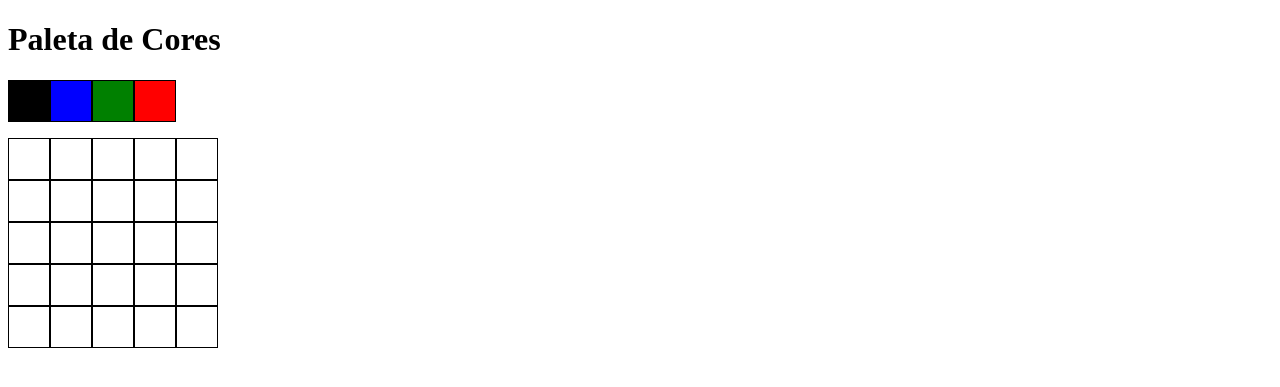
Repository: MuriloColleti/project-Pixer-Art
Page: index.html
An editor plug-in stored every save of this project. The page is shown before and after the next save, followed by the edit.
The browser window is 1280 px wide. The pictures show the whole page.

Above is the page before, as saved 2024-02-06 14:19:15.

### index.html
<!DOCTYPE html>
<html lang="en">
<head>
    <meta charset="UTF-8">
    <meta name="viewport" content="width=device-width, initial-scale=1.0">
    <link rel="stylesheet" href="style.css">
    <title>Paleta de Cores</title>
</head>

<body>
    <header> <h1 id="title"> Paleta de Cores </h1> </header>

<div class="pallet-container">
    <div class="square black color"></div>
    <div class="square blue color"></div>
    <div class="square green color"></div>
    <div class="square red color"></div>
</div>
    <main id="pixel-board"></main>

</body>

<script src="script.js"></script>

</html>

### style.css
.black{
    background-color: black;
}

.blue{
    background-color: blue;
}

.red{
    background-color: red;
}

.green{
    background-color: green;
}

.square{
    width: 40px;
    height: 40px;
    border: 1px solid black;
}

.pallet-container{
    display: flex;
    margin-bottom: 1rem;
}

.pixel{
    width: 40px;
    height: 40px;
    border: 1px solid black;
    display: flex;
}

#pixel-board{

    display: flex;
    flex-direction: column;
    justify-content: center;

}

.line{
    display: flex;
}

### script.js
var pixeltable = document.getElementById('pixel-board');

for(linha = 0; linha < 5; linha += 1){

    var newLine = document.createElement('div')
    newLine.classList.add('line')
    pixeltable.appendChild(newLine);

    for(pixel = 0; pixel < 5; pixel += 1){
    var newPixel = document.createElement('div')
    newPixel.classList.add('pixel')
    newPixel.addEventListener('click', paintpixel);
    newLine.appendChild(newPixel)
    }
}

function paintpixel(){
    this.style.backgroundColor = 'white';
}

After the next save:
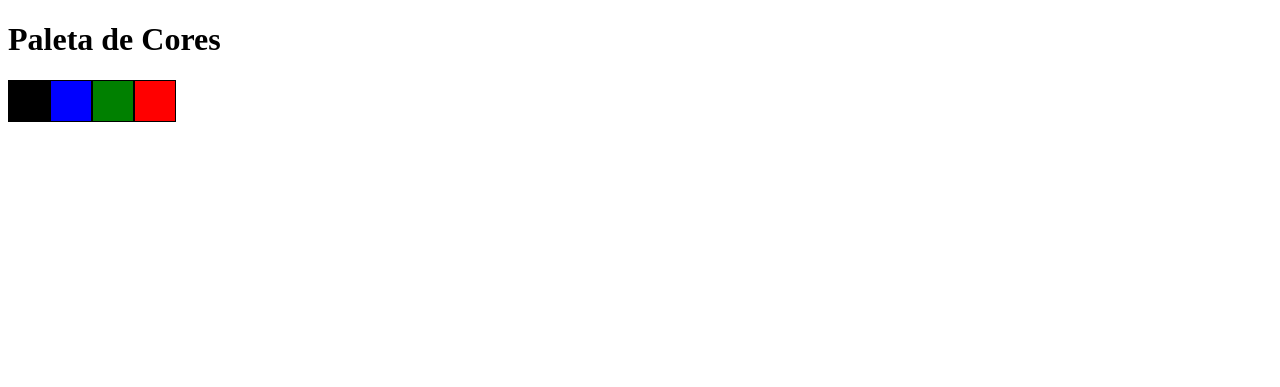
Console error: SyntaxError: Unexpected token ';'
Saved 7 min 15 s later.
--- a/script.js
+++ b/script.js
@@ -14,6 +14,14 @@
     }
 }
 
+const currentColor = 'black';
+
+colorPalette.addEventListener('click', function(event){
+    if (event.target.classList.contains('color')){
+        currentColor = event.target.style.backgroundColor;
+    }
+})
+
 function paintpixel(){
-    this.style.backgroundColor = 'white';
+    this.style.backgroundColor = ;
 }

After the save that followed:
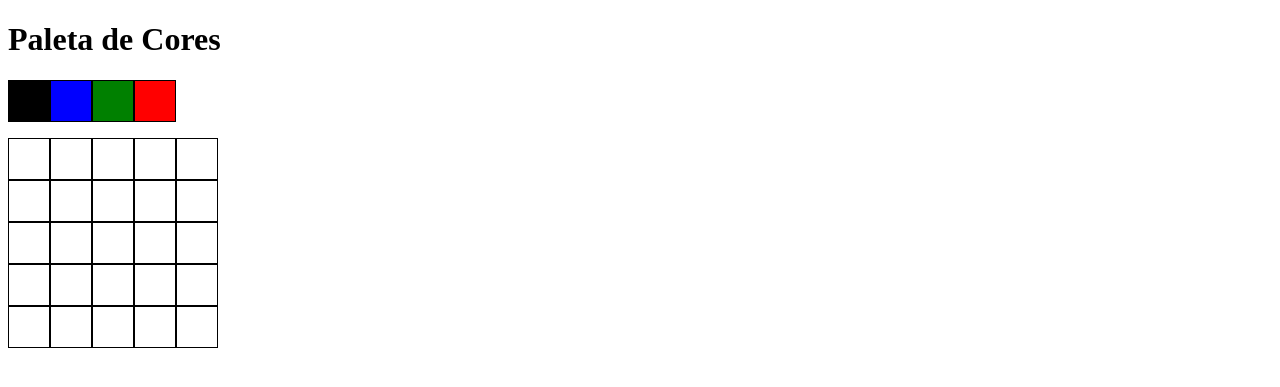
Console error: ReferenceError: colorPalette is not defined
Saved 7 s later.
--- a/script.js
+++ b/script.js
@@ -23,5 +23,5 @@
 })
 
 function paintpixel(){
-    this.style.backgroundColor = ;
+    this.style.backgroundColor = colorPalette;
 }
